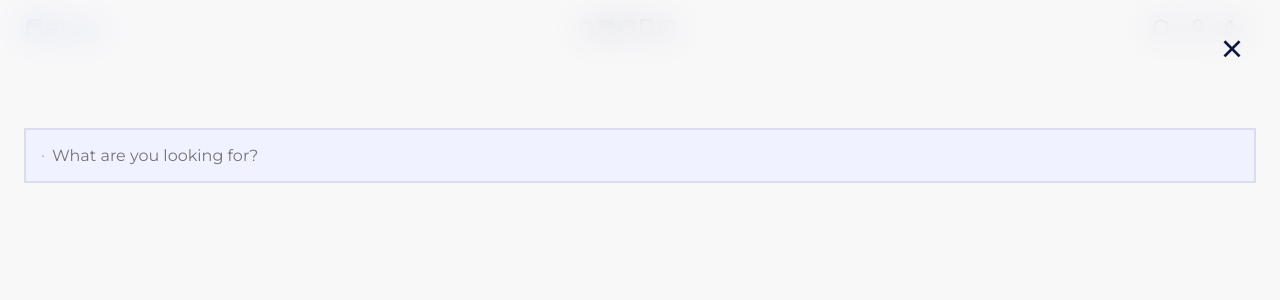
Repository: dinhhaidh/web-book-slider
Page: index.html
An editor plug-in stored every save of this project. The page is shown before and after the next save, followed by the edit.
The browser window is 1280 px wide. The pictures show the whole page.
Some web fonts or font styles are not loaded; a fallback is used. Some web libraries are served in a nearby version.

Above is the page before, as saved 2024-01-11 21:14:44.

After the next save:
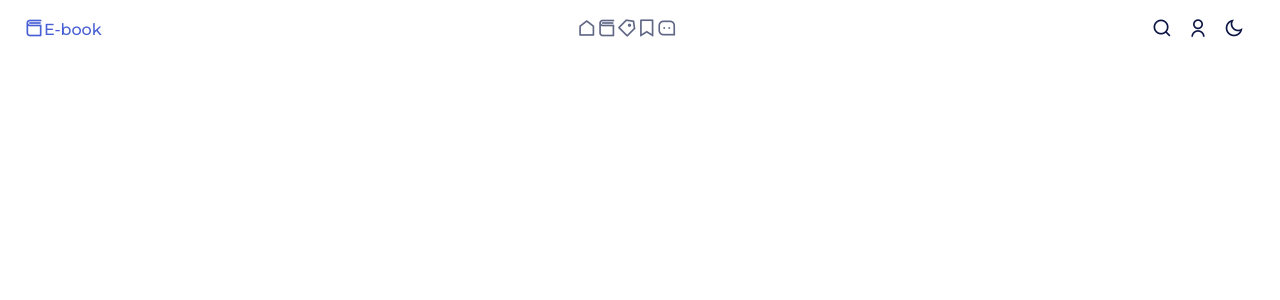
Saved 59 s later.
--- a/style.css
+++ b/style.css
@@ -191,7 +191,7 @@ img{
 /* search */
 .search{
     position: fixed;
-    top: 0;
+    top: -100%;
     left: 0;
     width: 100%;
     height: 100%;
